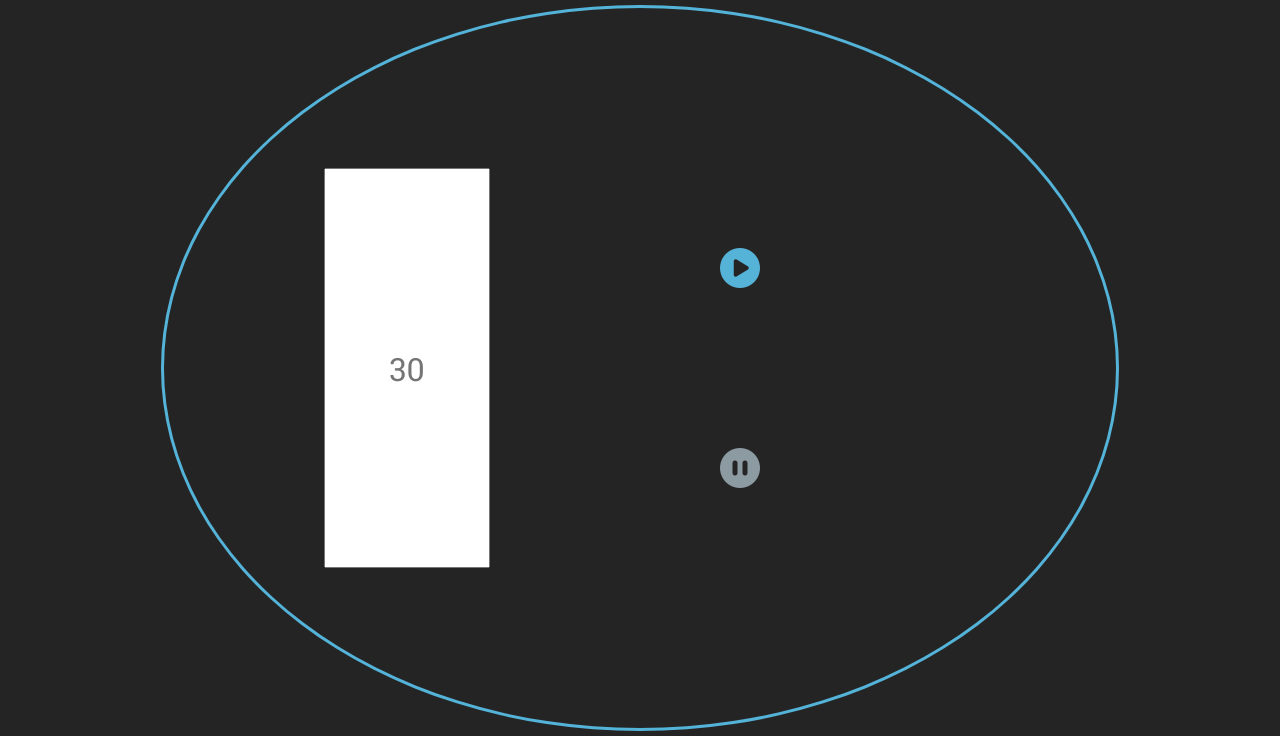
Repository: Sbethm/javascript-challenges
Page: index.html
The author's editor kept a copy of each file at every save. The page is drawn from the files as they stood at one save, then again after a run of saves.
The browser window is 1280 px wide. The pictures show the whole page.
Some web libraries are served in a nearby version. The style sheet was rebuilt from its Sass, Less or Tailwind sources for each picture, by a compiler version that may differ from the author's.

Above is the page before, as saved 2021-09-17 09:39:56.

### index.html
<!DOCTYPE html>
<html lang="en">
<head>
    <meta charset="UTF-8">
    <meta http-equiv="X-UA-Compatible" content="IE=edge">
    <meta name="viewport" content="width=device-width, initial-scale=1.0">
    <link rel="stylesheet" href="./CSS/main.css">
    <link rel="preconnect" href="https://fonts.googleapis.com">
    <link rel="preconnect" href="https://fonts.gstatic.com" crossorigin>
    <link href="https://fonts.googleapis.com/css2?family=Roboto+Slab&display=swap" rel="stylesheet">
    <script src="https://kit.fontawesome.com/4348baf125.js" crossorigin="anonymous"></script>
    <title>SarahMoosa: JavaScript Challenges</title>
</head>
<body>
    <header></header>
    <main>
        <div class="container">
            <input type="text" placeholder="30">
            <div class="btn-container">
                <i class="fas fa-play-circle"></i>
                <i class="fas fa-pause-circle"></i>
            </div>
        </div>
    </main>
</body>
</html>

### SCSS/main.scss
@import "./variables";

body {
    background-color: rgb(37, 36, 36);
}

main{
    height: 100vh;
    display: flex;
    align-items: center;
    justify-content: center;
}

.container {
    display: grid;
    grid-template-columns: 50% 50%;
    grid-row: 25% 75%;
    width: 50%;
    padding: 5em;
    margin: 0 auto;
    font-family: 'Roboto Slab', serif;
    font-size: 2rem;
    background-color: rgb(37, 36, 36);
    border: solid 3px rgb(84, 179, 216);
    border-radius: 100%;
}

.btn-container {
    // display: flex;
    // justify-content: center;
    //align-items: center;
}

input {
    width: 50%;
    text-align: center;
    font-family: inherit;
    font-size: 100%;
}

i {
    padding: 2em;
    font-size: clamp(1rem, 75vw, 2.5rem);
}

.fa-pause-circle {
    color: $inactiveColor;
}

.fa-play-circle {
    color: $activeColor;
}

### SCSS/_variables.scss
//COLORS
$activeColor: hsl(197, 63%, 59%);
$inactiveColor: hsl(197, 10%, 59%);

After the next 4 saves:
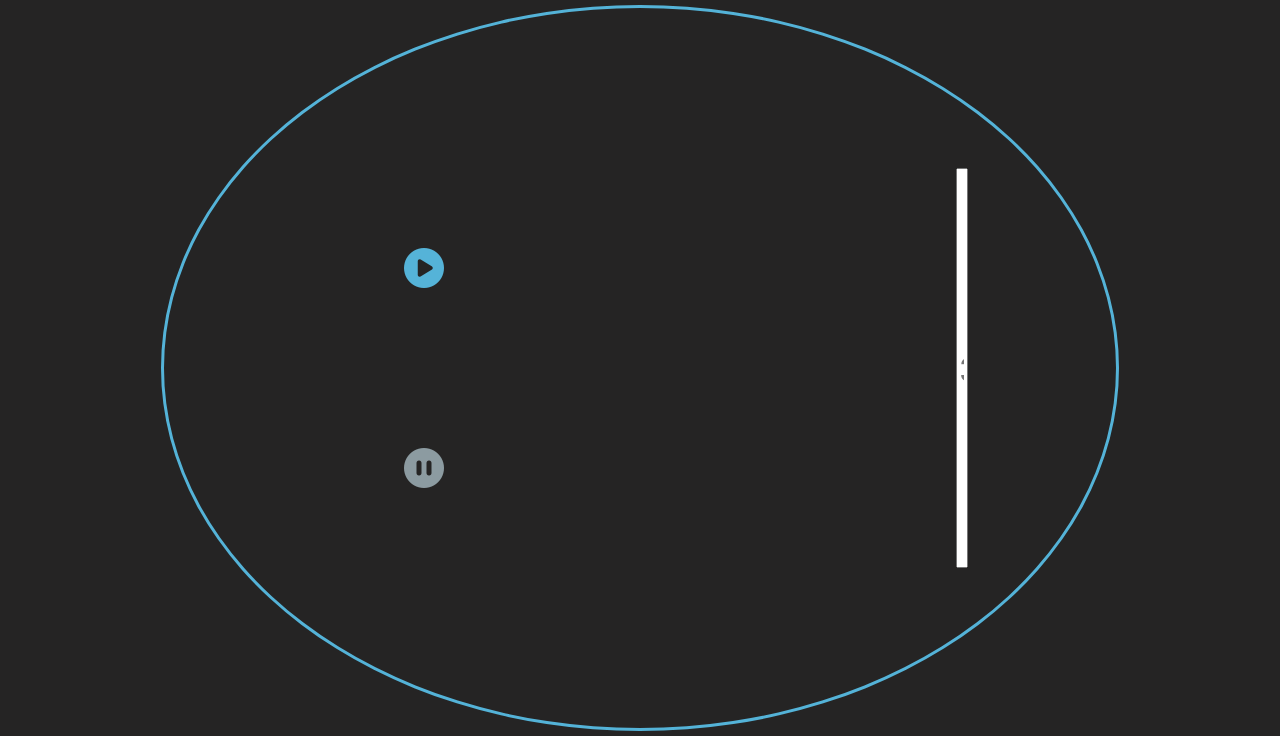
The 4 saves are shown as one change because 2 did not build or start and some came seconds apart.
The last was saved 24 s later.
--- a/SCSS/main.scss
+++ b/SCSS/main.scss
@@ -33,6 +33,7 @@
 
 input {
     width: 50%;
+    grid-area: 1/3 ;
     text-align: center;
     font-family: inherit;
     font-size: 100%;

After the save that followed:
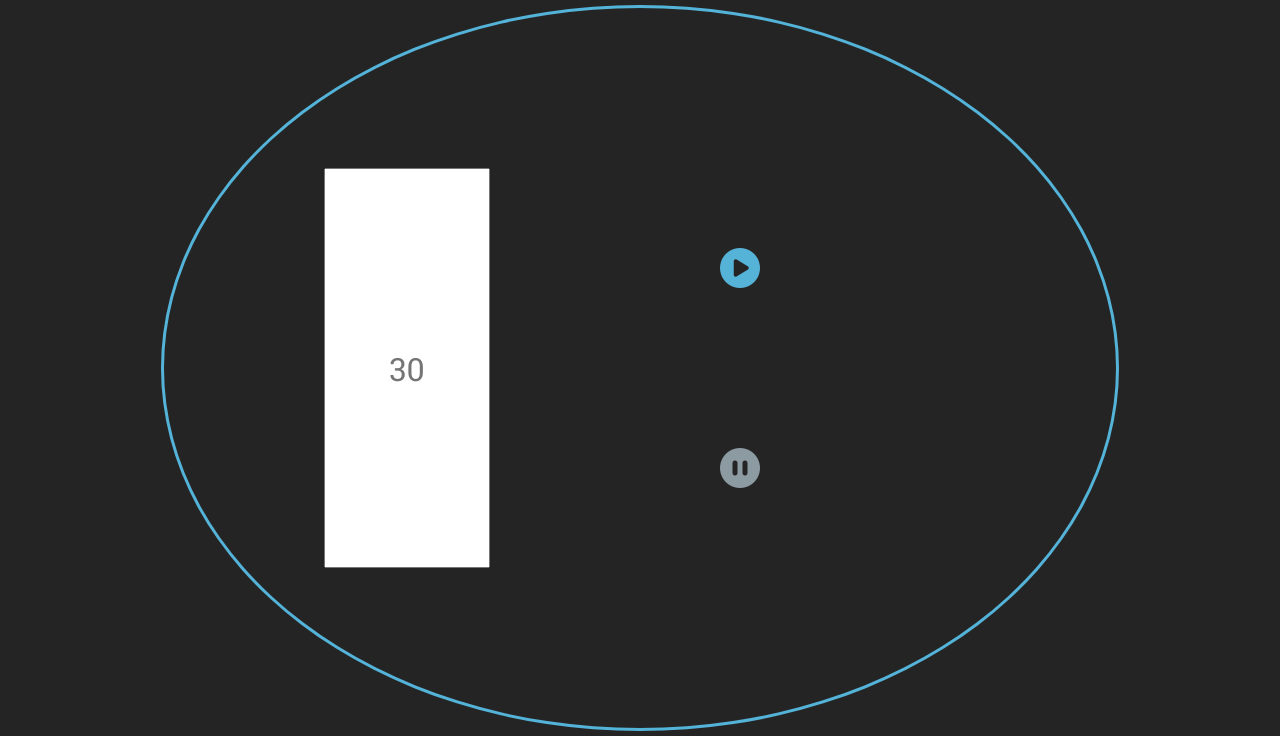
Saved 11 s later.
--- a/SCSS/main.scss
+++ b/SCSS/main.scss
@@ -33,7 +33,7 @@
 
 input {
     width: 50%;
-    grid-area: 1/3 ;
+    grid-area: 1/3 1/2;
     text-align: center;
     font-family: inherit;
     font-size: 100%;
